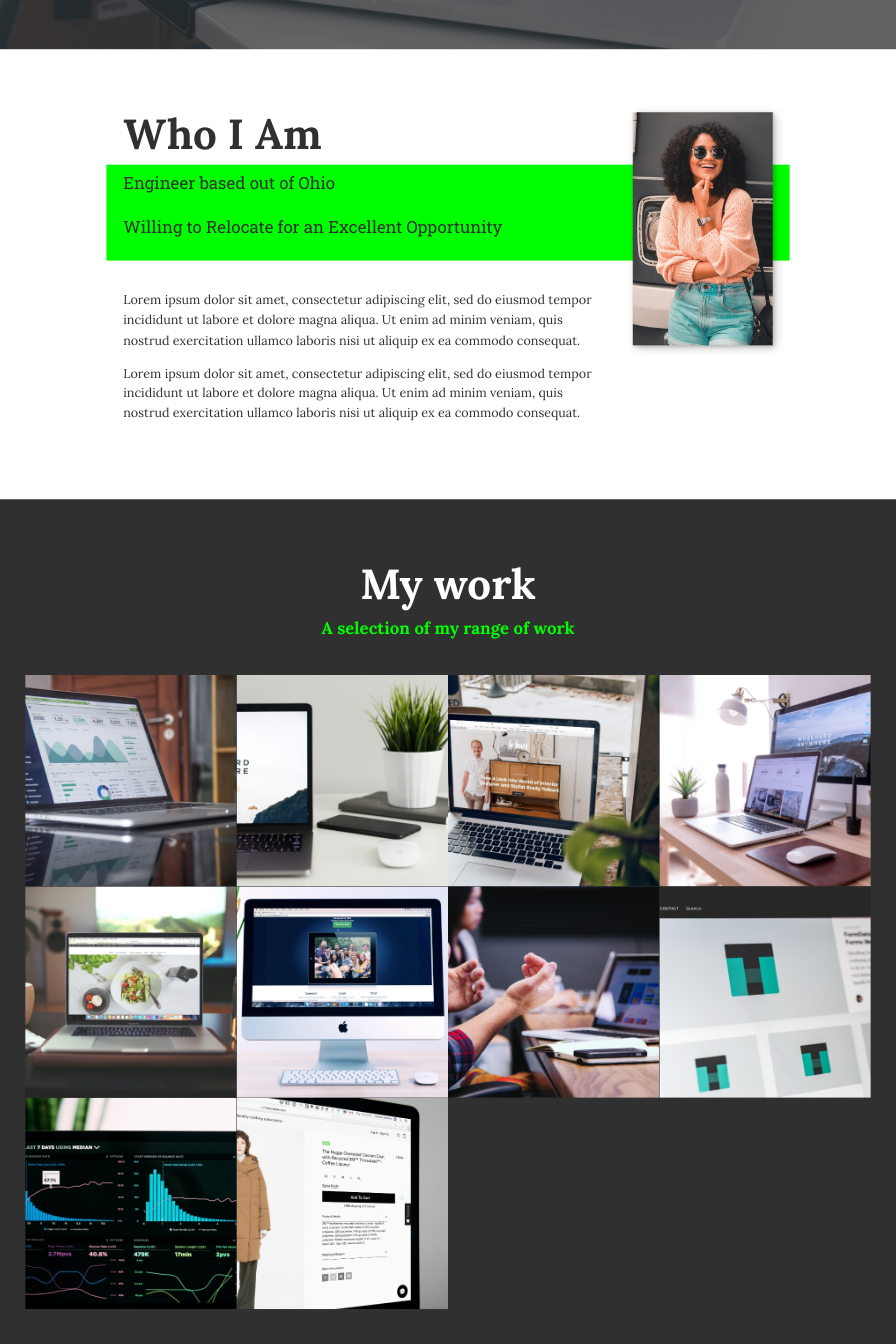
Repository: DinoDime/site
Page: index.html
The author's editor kept a copy of each file at every save. The page is drawn from the files as they stood at one save, then again after the next save.
The browser window is 1280 px wide. The pictures show the part of the page from y = 1156 to 3076 px (the page is 3361 px tall before and 3275 px after), at 70% of full size.
Some web libraries are served in a nearby version.

Above is the page before, as saved 2021-04-29 09:28:56.

After the next save:
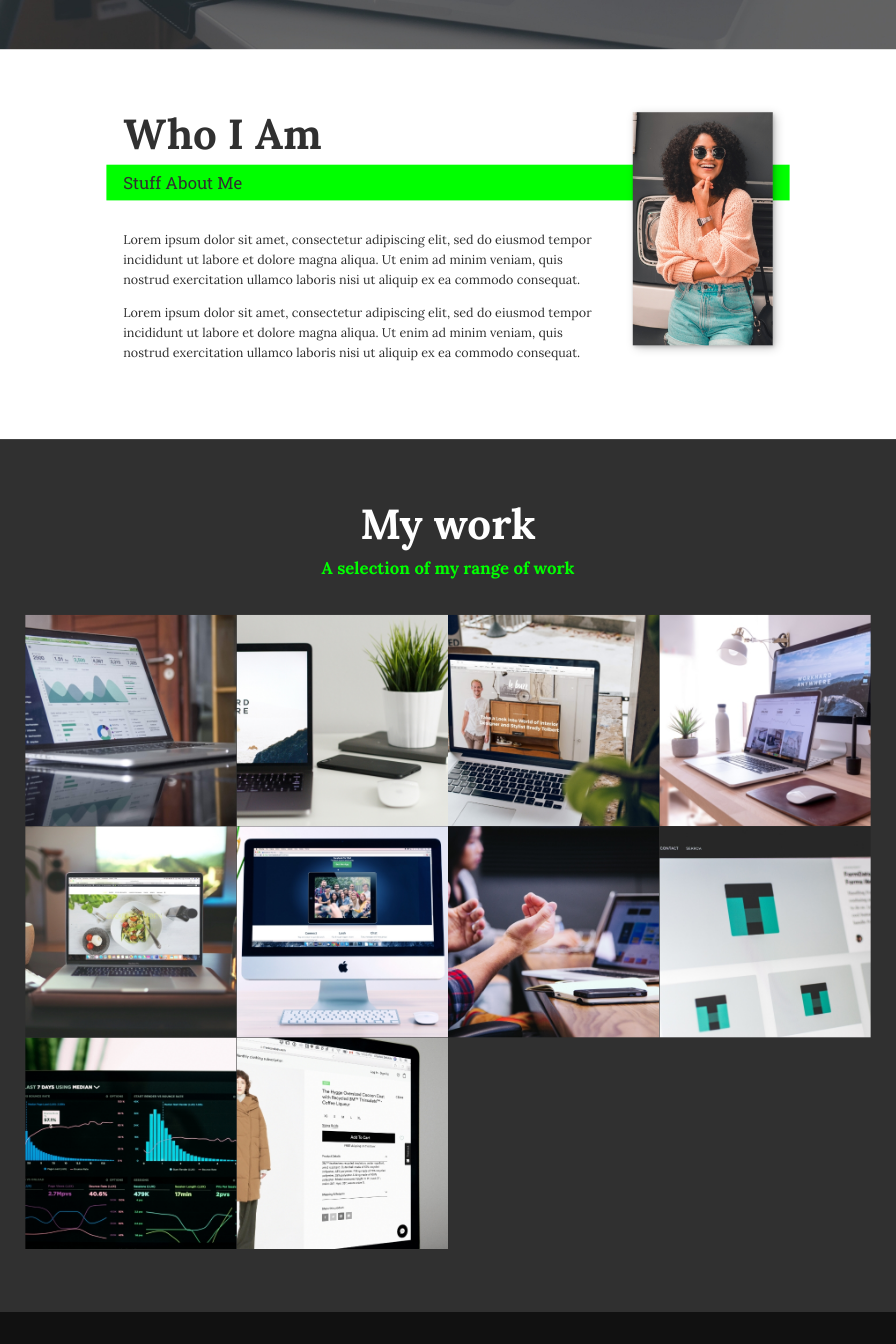
Saved 31 s later.
--- a/index.html
+++ b/index.html
@@ -111,8 +111,7 @@
     <section class="about-me" id="about">
       <h2 class="section__title section__title--about">Who I Am</h2>
       <class class="section__subtitle section__subtitle--about">
-        Engineer based out of Ohio
-        <p>Willing to Relocate for an Excellent Opportunity</p>
+        Stuff About Me
       </class>
 
       <div class="about-me__body">
